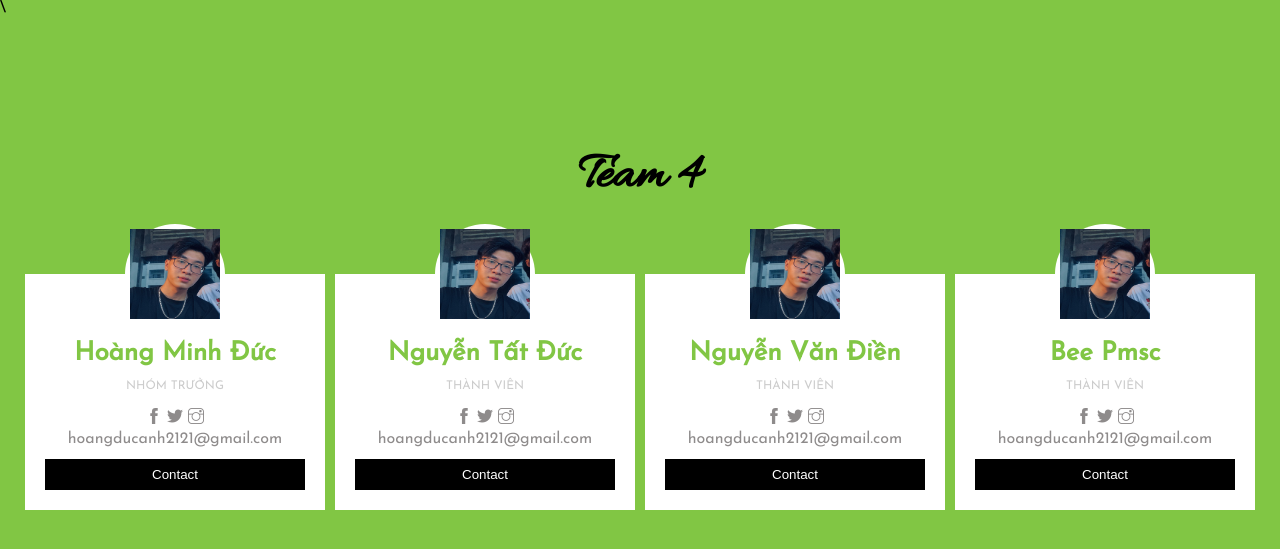
Repository: DuckyNumberONS/webcanhan
Page: index.html
These files come from the project's save history. The page is drawn as it stood at one moment and after the next save; the edit follows.
The browser window is 1280 px wide. The pictures show the whole page.

Above is the page before, as saved 2022-10-03 07:48:28.

After the next save:
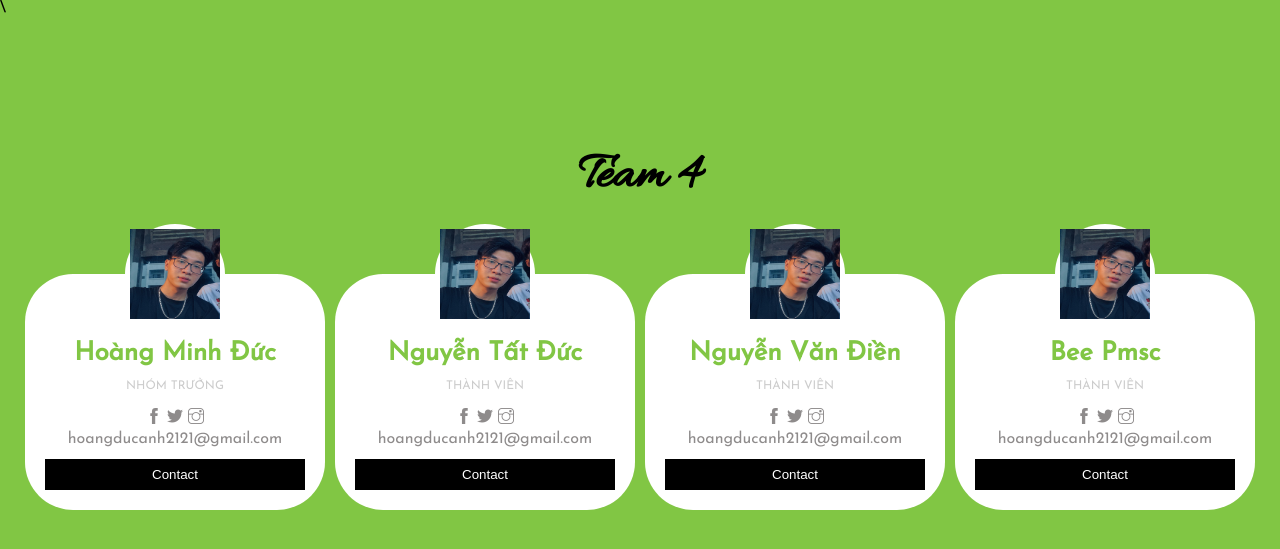
Saved 4 min 26 s later.
--- a/styles.css
+++ b/styles.css
@@ -39,6 +39,7 @@ body{
   line-height: 20px;
   color: #8e8b8b;
   position: relative;
+  border-radius: 3em;
 }
 
 .team .team_member h3{
